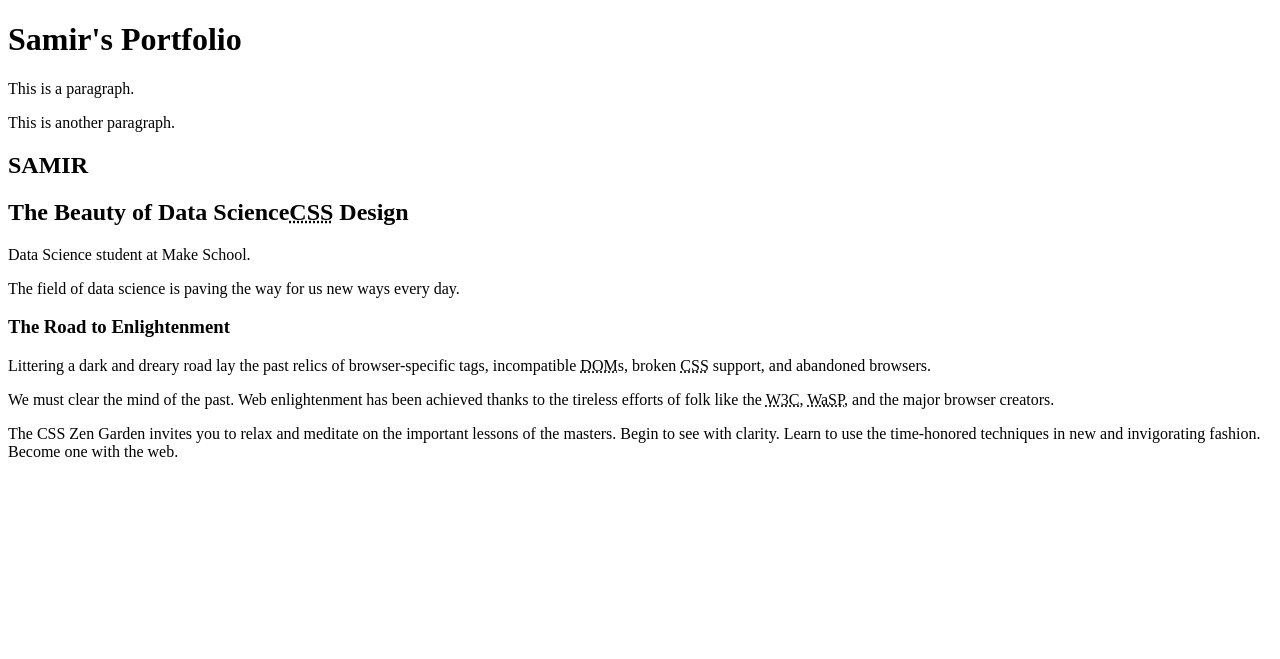
Repository: SamirIngley/html-semantic
Page: index.html
The author's editor kept a copy of each file at every save. The page is drawn from the files as they stood at one save, then again after the next save.
The browser window is 1280 px wide. The pictures show the whole page.

Above is the page before, as saved 2020-01-22 10:48:32.

### index.html
<!-- Name and Tag Line
List of your skills
About you section
Short but not too short. Tells us what you want us to know about you.
Can include your education and other experience
Include a picture (mark this up with the figure tag)
Online presence, include links to:
LinkedIn
GitHub
Other social media Instagram, FB, etc.'  -->

<!--
article, section
nav, main
footer, header
h1-6, hgroup
ul, li -->




<!DOCTYPE html>
<html lang="en">
<head>
    <meta charset="UTF-8">
    <meta name="viewport" content="width=device-width, initial-scale=1.0">
    <meta http-equiv="X-UA-Compatible" content="ie=edge">
    <meta name="author" content="Dave Shea">
    <meta name="description" content="Portfolio's html">


    <title>Samir SWE</title>
</head>
<body id="portfolio page">
<div class="page-wrapper">

    <h1>Samir's Portfolio</h1>
    <p>This is a paragraph.</p>
    <p>This is another paragraph.</p>

    <section class="intro" id="work-intro">
        <header role="banner">
            <h1>SAMIR</h1>
            <h2>The Beauty of Data Science<abbr title="Cascading Style Sheets">CSS</abbr> Design</h2>
        </header>

        <div class="summary" id="work-summary" role="article">
            <p>Data Science student at Make School.</p>
            <p>The field of data science is paving the way for us new ways every day. </p>
        </div>

        <div class="description" id="work-description" role="article">
            <h3>The Road to Enlightenment</h3>
            <p>Littering a dark and dreary road lay the past relics of browser-specific tags, incompatible <abbr title="Document Object Model">DOM</abbr>s, broken <abbr title="Cascading Style Sheets">CSS</abbr> support, and abandoned browsers.</p>
            <p>We must clear the mind of the past. Web enlightenment has been achieved thanks to the tireless efforts of folk like the <abbr title="World Wide Web Consortium">W3C</abbr>, <abbr title="Web Standards Project">WaSP</abbr>, and the major browser creators.</p>
            <p>The CSS Zen Garden invites you to relax and meditate on the important lessons of the masters. Begin to see with clarity. Learn to use the time-honored techniques in new and invigorating fashion. Become one with the web.</p>
        </div>
    </section>

    <footer>

    </footer>

</div>
</body>
</html>

After the next save:
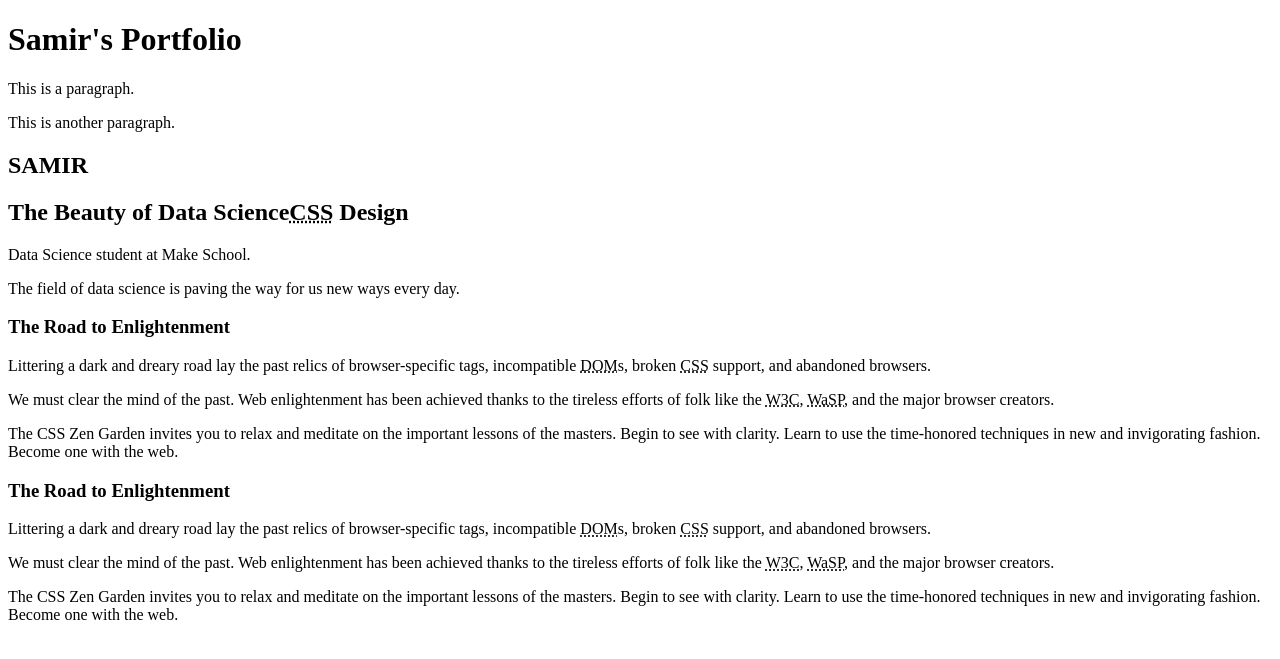
Saved 33 min 24 s later.
--- a/index.html
+++ b/index.html
@@ -12,7 +12,7 @@ Other social media Instagram, FB, etc.'  -->
 <!--
 article, section
 nav, main
-footer, header
+footer, header *
 h1-6, hgroup
 ul, li -->
 
@@ -55,6 +55,13 @@ ul, li -->
             <p>We must clear the mind of the past. Web enlightenment has been achieved thanks to the tireless efforts of folk like the <abbr title="World Wide Web Consortium">W3C</abbr>, <abbr title="Web Standards Project">WaSP</abbr>, and the major browser creators.</p>
             <p>The CSS Zen Garden invites you to relax and meditate on the important lessons of the masters. Begin to see with clarity. Learn to use the time-honored techniques in new and invigorating fashion. Become one with the web.</p>
         </div>
+
+        <div class="skills" id="work-description" role="article">
+            <h3>The Road to Enlightenment</h3>
+            <p>Littering a dark and dreary road lay the past relics of browser-specific tags, incompatible <abbr title="Document Object Model">DOM</abbr>s, broken <abbr title="Cascading Style Sheets">CSS</abbr> support, and abandoned browsers.</p>
+            <p>We must clear the mind of the past. Web enlightenment has been achieved thanks to the tireless efforts of folk like the <abbr title="World Wide Web Consortium">W3C</abbr>, <abbr title="Web Standards Project">WaSP</abbr>, and the major browser creators.</p>
+            <p>The CSS Zen Garden invites you to relax and meditate on the important lessons of the masters. Begin to see with clarity. Learn to use the time-honored techniques in new and invigorating fashion. Become one with the web.</p>
+        </div>
     </section>
 
     <footer>
